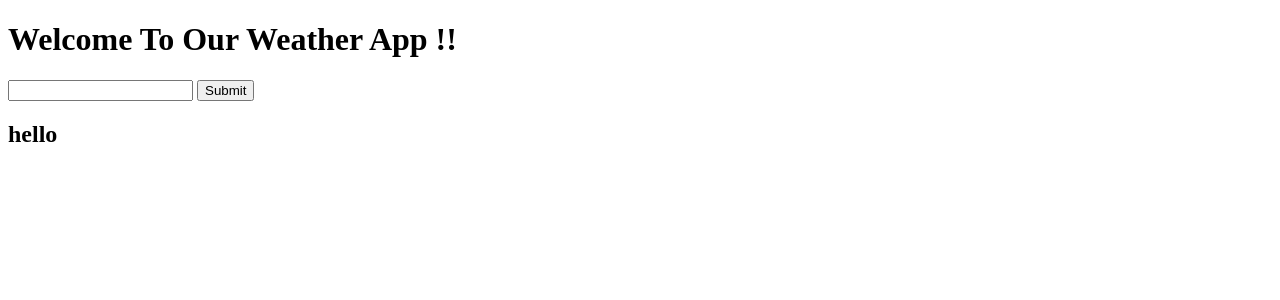
Repository: yashgajananshete/Weather-APP
Page: WeatherApp/build/classes/MyPackage/webapp/index.html
The author's editor kept a copy of each file at every save. The page is drawn from the files as they stood at one save, then again after the next save.
The browser window is 1280 px wide. The pictures show the whole page.

Above is the page before, as saved 2023-12-26 19:01:11.

After the next save:
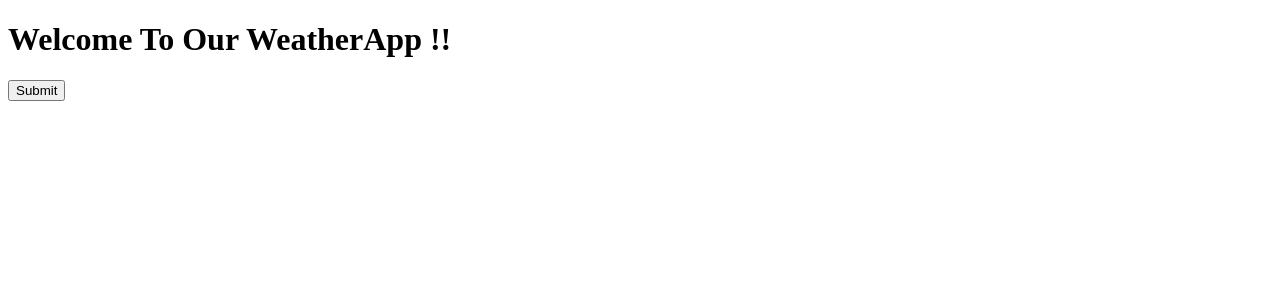
Saved 3 min 31 s later.
--- a/WeatherApp/build/classes/MyPackage/webapp/index.html
+++ b/WeatherApp/build/classes/MyPackage/webapp/index.html
@@ -5,11 +5,10 @@
 <title>Weather App</title>
 </head>
 <body>
-	<h1>Welcome To Our Weather App !!</h1>
-	<form action="">
-	<input></input>
+	<h1>Welcome To Our WeatherApp !!</h1>
+	<form action="MyServlet" method="post'>
+	<input name = "userInput"></input>
 	<button>Submit</button>
-	<h2>hello</h2>
 	</form>
 </body>
 </html>
